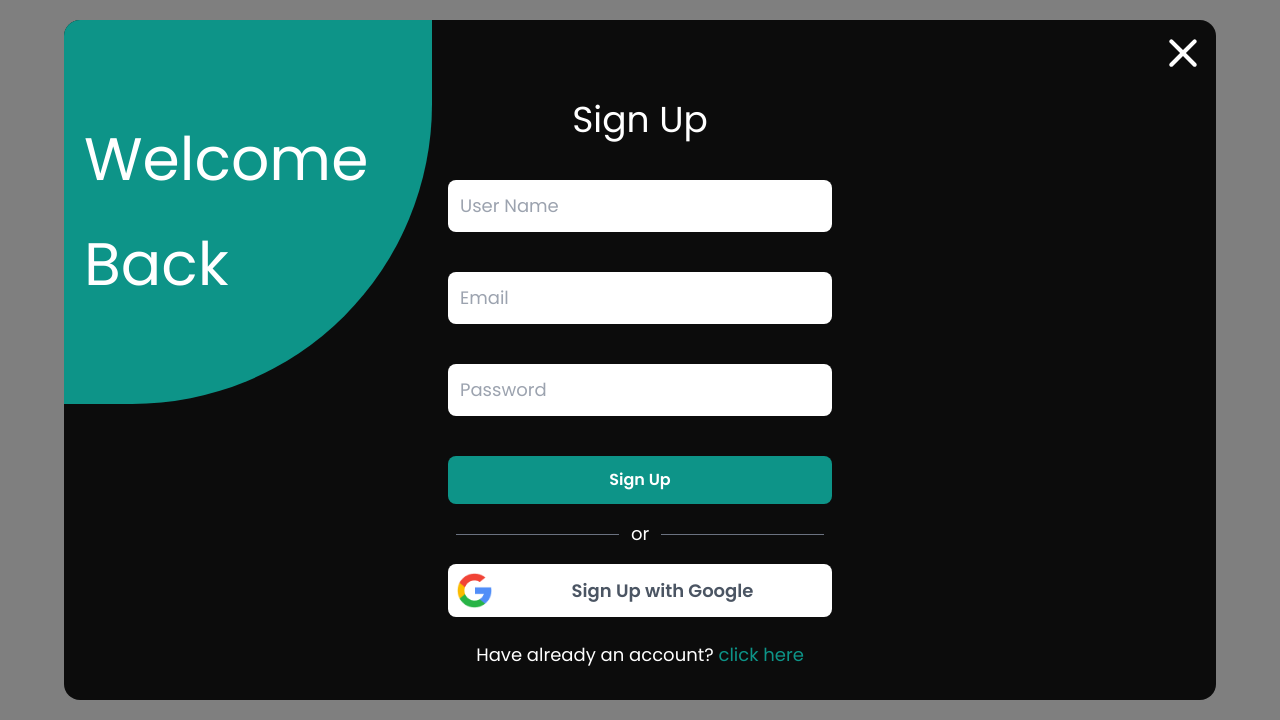
Repository: Ahmed77669/GT-Exams
Page: /
The author's editor kept a copy of each file at every save. The page is drawn from the files as they stood at one save, then again after the next save.
The browser window is 1280 px wide. The pictures show the whole page.
The project was rebuilt for these pictures with package versions that can differ from the ones it lists, and the page was loaded fresh each time. The framework's server and built-in components were replaced by stand-ins that run in the browser. Also part of the build but not shown: next.config.mjs.

Above is the page before, as saved 2024-10-04 21:04:09.

### app/page.tsx
'use client'
import Login from "@/components/login";
import NavBarHome from "@/components/Navbar";
import Signup from "@/components/signup";
import Image from "next/image";

export default function Home() {
  return (
    <main>
<div className="fixed top-0 left-0 w-full h-full bg-black bg-opacity-50 flex justify-center items-center z-[1000]">
<div className="p-5 rounded-lg max-w-[1600px] w-full">
      <Login/>
      </div>
      </div>
          </main>
  );
}

### components/login.tsx
import React, { useState } from 'react';
import { Poppins } from "next/font/google";
import { CloseRounded } from '@mui/icons-material';
import { IconButton } from '@mui/material';
import google from '@/public/google.png';
import Image from 'next/image';
import { useRouter } from 'next/navigation';
import { motion } from 'framer-motion';


const poppins = Poppins({
  subsets: ["latin"],
  weight: ["100", "200", "300", "400", "500", "600", "700"],
});

interface SignupProps {
  closeSignup: () => void;
  toggleForm: (formType: 'login' | 'resetPassword') => void;
}

const pageVariants = {
  hidden: { opacity: 0, y: -20 },
  visible: { opacity: 1, y: 0, transition: { duration: 0.7 } },
};

const Signup: React.FC<SignupProps> = ({ closeSignup, toggleForm }) => {
  const route = useRouter();

  const handleSubmit = (event: React.FormEvent) => {
    event.preventDefault();
    route.push('./home');
  };




  return (
    <motion.div variants={pageVariants} initial="hidden" animate="visible">
      <section className={poppins.className}>
        <div className="flex justify-center items-center h-screen ">
          <div className="bg-black/90 w-full max-w-6xl rounded-2xl min-h-[680px]">
            <div className="grid md:grid-cols-3 gap-6 text-white">
              <div className="bg-teal-600 w-full h-96 rounded-tl-2xl rounded-br-[300px] flex items-center">
                <h1 className="text-6xl ml-5 leading-[1.75]">Welcome Back</h1>
              </div>
              <div className="flex flex-col items-center justify-center mt-20">
                <p className="text-center mb-10 text-4xl">Sign Up</p>
                <form className="flex flex-col items-center" onSubmit={handleSubmit}>
                  <input
                    type="text"
                    name="name"
                    className="text-field w-96 text-lg p-3 mb-10 rounded-lg text-black"
                    placeholder="User Name"
                    required
                  />
                  <input
                    type="email"
                    name="email"
                    className="text-field w-96 text-lg p-3 mb-10 rounded-lg text-black"
                    placeholder="Email"
                    required
                  />
                  <input
                    type="password"
                    name="password"
                    className="text-field w-96 text-lg p-3 mb-10 rounded-lg text-black"
                    placeholder="Password"
                    required
                  />
                  <button className="w-96 bg-teal-600 text-white p-3 rounded-lg hover:opacity-90 font-semibold">
                    Sign Up
                  </button>
                </form>
                <div className="flex items-center mt-4 w-full">
                  <hr className="flex-1 border-t border-gray-500" />
                  <p className="mx-3 text-lg">or</p>
                  <hr className="flex-1 border-t border-gray-500" />
                </div>
                <div className="flex justify-center mt-4">
                  <button className="w-96 bg-white text-gray-600 p-1 rounded-lg flex items-center hover:opacity-90">
                    <Image src={google} alt="google icon" width={45} />
                    <span className="flex-1 text-center text-lg font-semibold">Sign Up with Google</span>
                  </button>
                </div>
                <div className="text-center mt-6">
                  <p className="text-lg">
                    Have already an account?{" "}
                    <span
                      className="text-teal-600 cursor-pointer"
                      onClick={() => toggleForm("login")}
                    >
                      click here
                    </span>
                  </p>
                </div>
              </div>
              <div className="flex justify-end  items-start ">
                <IconButton aria-label="close" onClick={closeSignup} className="m-5">
                  <CloseRounded className="text-white" style={{ fontSize: "50px" }} />
                </IconButton>
              </div>
            </div>
          </div>
        </div>
      </section>
    </motion.div>
  );
};

export default Signup;

Loaded but not shown: app/layout.tsx (common file); app/globals.css (common file); tailwind.config.ts (common file)

After the next save:
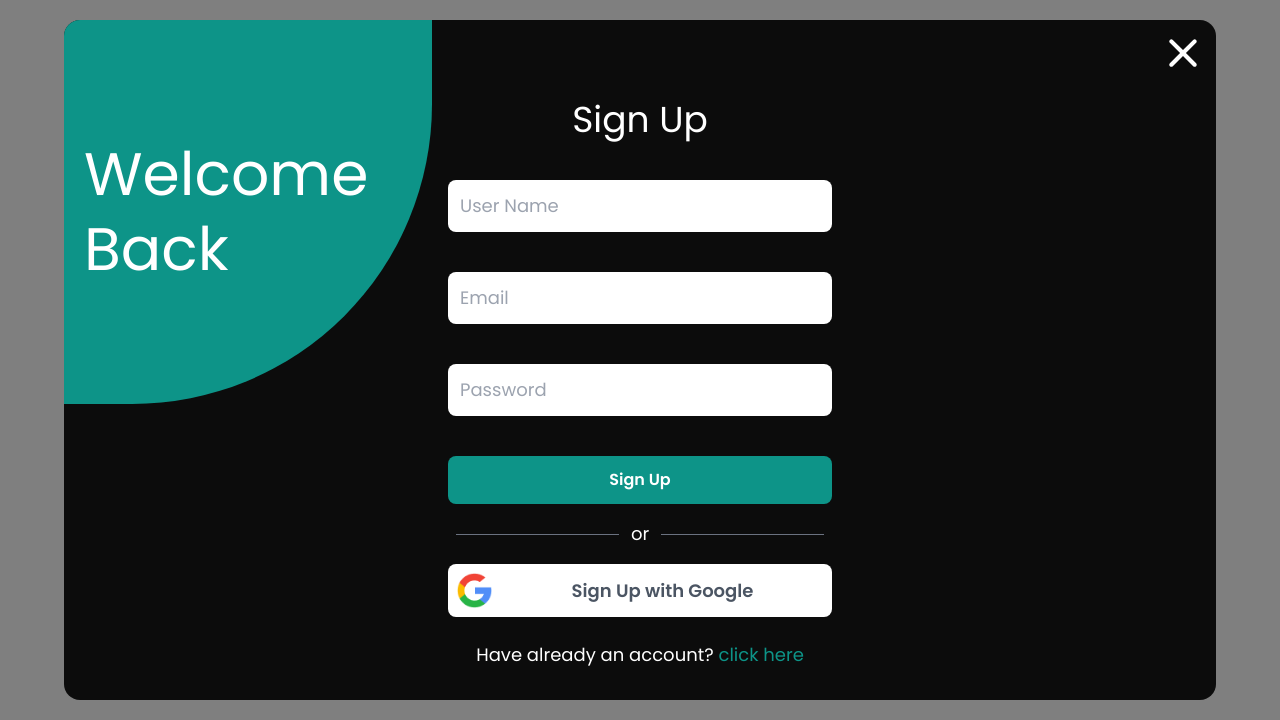
Saved 9 s later.
--- a/components/login.tsx
+++ b/components/login.tsx
@@ -41,7 +41,7 @@ const Signup: React.FC<SignupProps> = ({ closeSignup, toggleForm }) => {
           <div className="bg-black/90 w-full max-w-6xl rounded-2xl min-h-[680px]">
             <div className="grid md:grid-cols-3 gap-6 text-white">
               <div className="bg-teal-600 w-full h-96 rounded-tl-2xl rounded-br-[300px] flex items-center">
-                <h1 className="text-6xl ml-5 leading-[1.75]">Welcome Back</h1>
+                <h1 className="text-6xl ml-5 leading-[1.25]">Welcome Back</h1>
               </div>
               <div className="flex flex-col items-center justify-center mt-20">
                 <p className="text-center mb-10 text-4xl">Sign Up</p>
